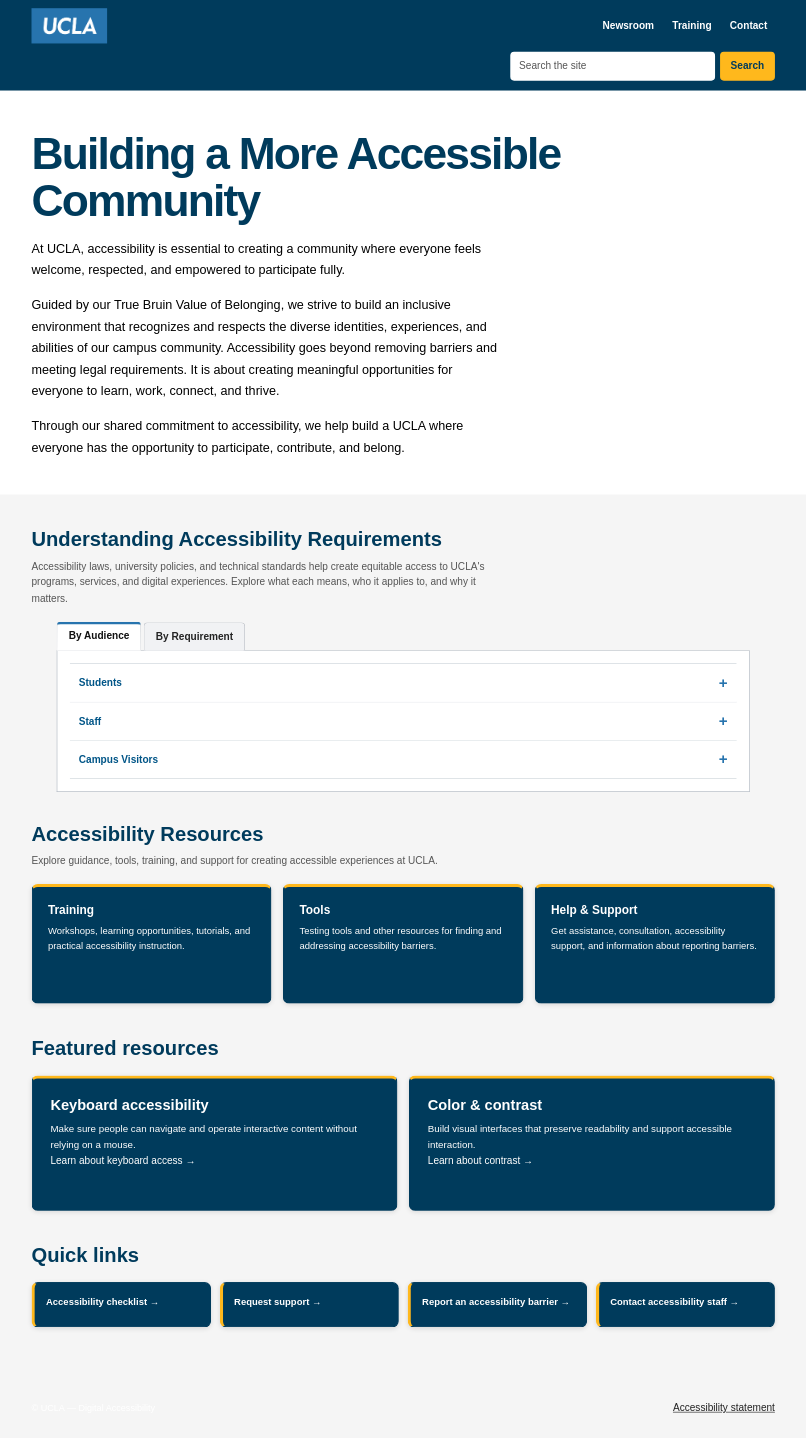
Repository: PSunnywell/UCLA-A11y-barrier-page
Page: index_tabs_with_accordions.html
An editor plug-in stored every save of this project. The page is shown before and after the next save, followed by the edit.
The browser window is 1280 px wide. The pictures show the whole page, at 63% of full size.

Above is the page before, as saved 2026-10-13 17:10:11.
Not found: search.js

After the next save:
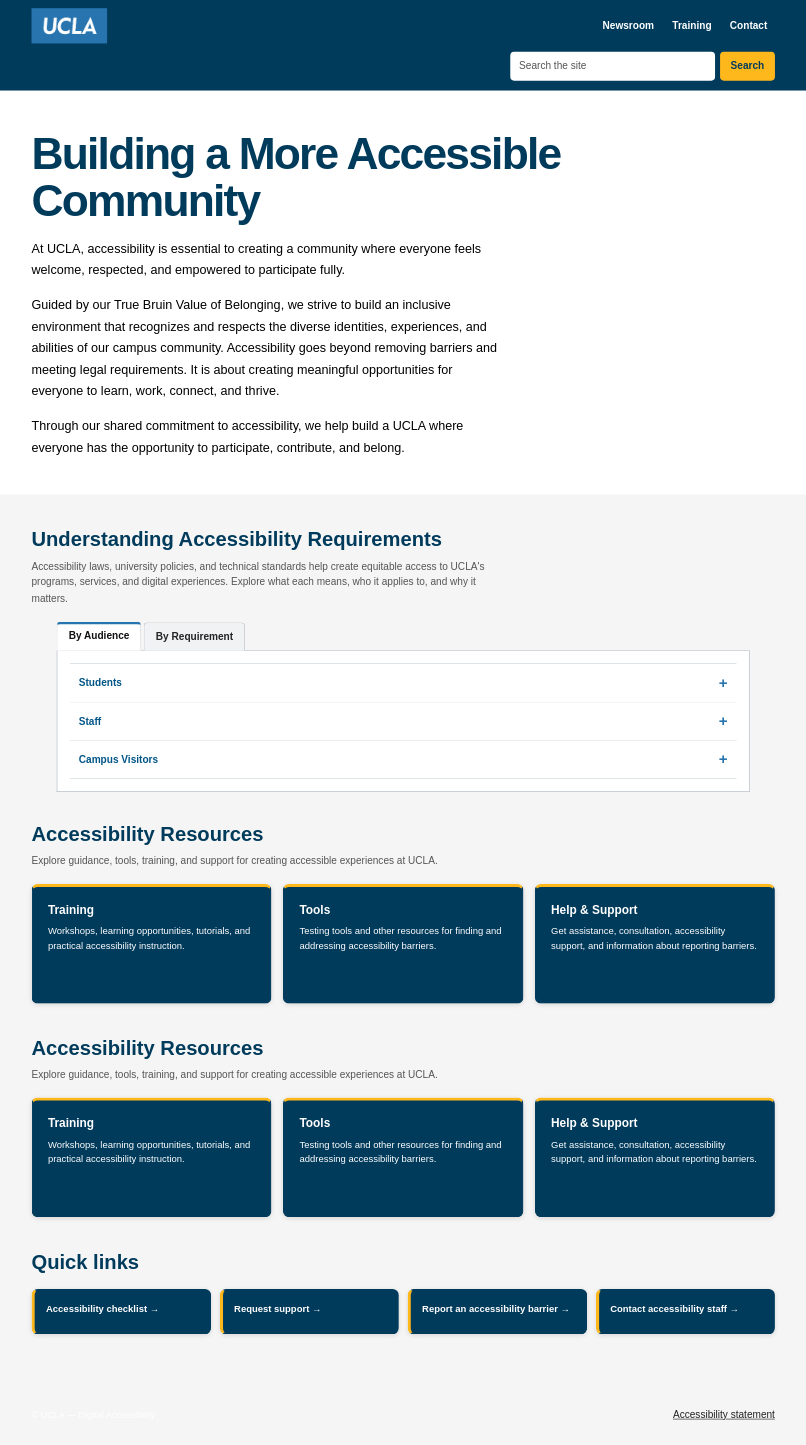
Saved 116 s later.
--- a/index_tabs_with_accordions.html
+++ b/index_tabs_with_accordions.html
@@ -214,61 +214,57 @@
     <!-- =====================================================
          FEATURED CONTENT
          ===================================================== -->
-
-    <section aria-labelledby="featured-heading">
-
-      <div class="section-heading">
-
-        <h2 id="featured-heading">
-          Featured resources
-        </h2>
-
-      </div>
-
-
-      <div class="feature-grid">
-
-
-        <a
-          class="feature-card blue"
-          href="keyboard-accessibility.html"
-        >
-
-          <h3>
-            Keyboard accessibility
-          </h3>
-
-          <p>
-            Make sure people can navigate and operate
-            interactive content without relying on a mouse.
-          </p>
-
-          <span class="card-arrow" aria-hidden="true">
-            Learn about keyboard access →
-          </span>
-
-        </a>
-
-
-        <a
-          class="feature-card gold"
-          href="color-contrast.html"
-        >
-
-          <h3>
-            Color & contrast
-          </h3>
-
-          <p>
-            Build visual interfaces that preserve
-            readability and support accessible interaction.
-          </p>
-
-          <span class="card-arrow" aria-hidden="true">
-            Learn about contrast →
-          </span>
-
-        </a>
+ <div class="section-heading">
+        <h2 id="resources-heading">Accessibility Resources</h2>
+        <p>Explore guidance, tools, training, and support for creating accessible experiences at UCLA.</p>
+      </div>
+
+      <div class="card-grid">
+
+        <!-- CARD 1 -->
+        <a
+          class="resource-card is-dark"
+          href="accessible-course-materials1004.html"
+        >
+          <h3>
+           Training
+          </h3>
+
+          <p>
+             Workshops, learning opportunities, tutorials,
+            and practical accessibility instruction.
+          </p>
+        </a>
+
+        <!-- CARD 2 -->
+        <a
+          class="resource-card is-dark"
+          href="tools.html"
+        >
+          <h3>
+            Tools
+          </h3>
+
+          <p>
+            Testing tools and other resources for finding
+            and addressing accessibility barriers.
+          </p>
+        </a>
+
+        <!-- CARD 3 -->
+        <a
+          class="resource-card is-dark"
+          href="support.html" >
+          <h3>
+            Help & Support
+          </h3>
+
+          <p>
+            Get assistance, consultation, accessibility
+            support, and information about reporting barriers.
+          </p>
+        </a>
+
 
       </div>
 
